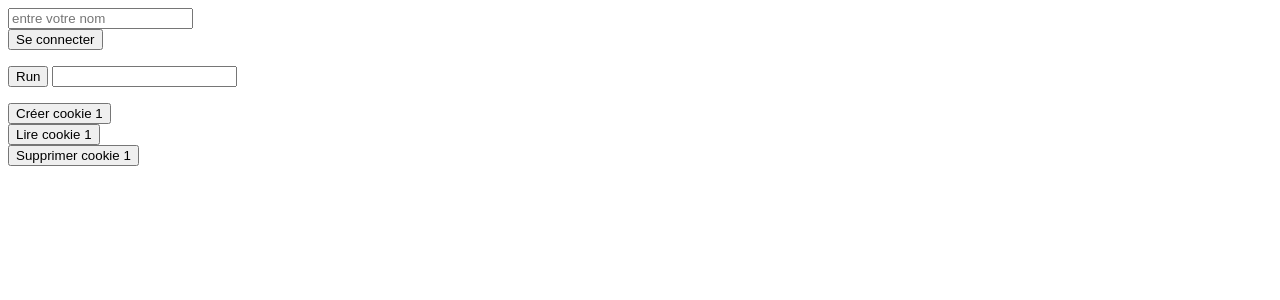
Repository: SarahG4000/workshop-cookies
Page: http://localhost/index.php
The author's editor kept a copy of each file at every save. The page is drawn from the files as they stood at one save, then again after the next save.
The browser window is 1280 px wide. The pictures show the whole page.
The page is run by PHP 8.4 with error messages shown; the project is at /var/www/html/.

Above is the page before, as saved 2020-09-02 11:59:29.

### src/index.php
<?php
include './php/cookies.php'; ?>

<!DOCTYPE html>
<html lang="en">

<head>
    <meta charset="UTF-8">
    <meta name="viewport" content="width=device-width, initial-scale=1.0">
    <title>Workshop</title>
</head>

<body>
    <div id="app">
        <button id="run">Run</button>

        <input type="text" id="creatin"  />
        <p>
        <button id="creat">Créer cookie 1</button><br>
        <button id="read">Lire cookie 1</button><br>
        <button id="delete">Supprimer cookie 1</button>
        </p>


        <!-- <?php
//HelloWorld();
?> -->
    </div>
    <script src="./javasscript/cookies.js"></script>

</body>

</html>

### src/php/cookies.php
<?php
$nomutilisateur = null;
if (!empty($_COOKIE['name'])) {
    $nomutilisateur = $_COOKIE['name'];
}
if (!empty($_POST['nom'])) {
    setcookie('name', $_POST['nom']);
}

// setcookie('name', 'sarah', time() + 60 * 60 * 24);
// var_dump($_COOKIE);

// $hello = 'hello World';

// function HelloWorld()
// {
//     echo '<h1>Hello World</h1>';
// }
//
?>
<?php if ($nomutilisateur): ?>
    <h1>Hello <?= htmlentities($nomutilisateur) ?></h1>
    <a href="index.php?action=deconnecter">Se deconnecter</a>
<?php else: ?>
<form action="" method="post">
<div>
<input name="nom" placeholder="entre votre nom" />
</div>
<button>Se connecter</button>
</form>
<?php endif; ?>

### src/javasscript/cookies.js
const hello = 'Hello World'

document.querySelector('#run').addEventListener('click', () => {
  console.log(hello)
})

After the next save:
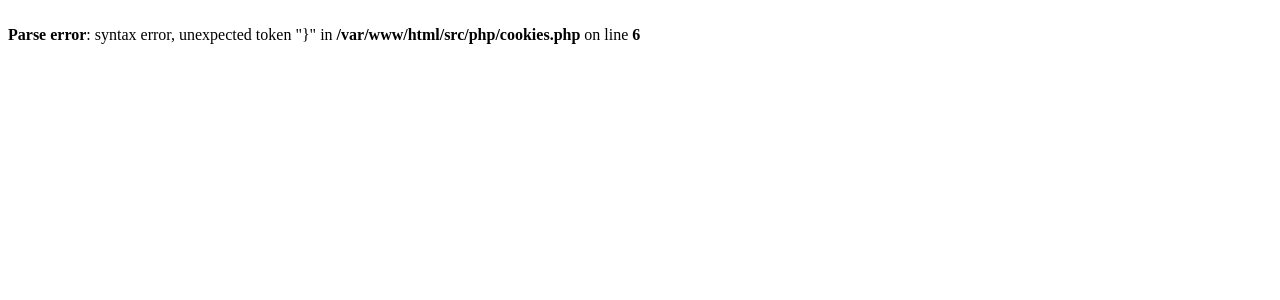
Saved 5 min 17 s later.
--- a/src/php/cookies.php
+++ b/src/php/cookies.php
@@ -1,5 +1,9 @@
 <?php
 $nomutilisateur = null;
+if(!empty($_GET['action']) && $_GET['action'] === 'deconnecter'){
+    unset($_COOKIE['nomutilisateur']);
+    setcookie('name','', time()-10)
+}
 if (!empty($_COOKIE['name'])) {
     $nomutilisateur = $_COOKIE['name'];
 }

After the 2 saves that followed:
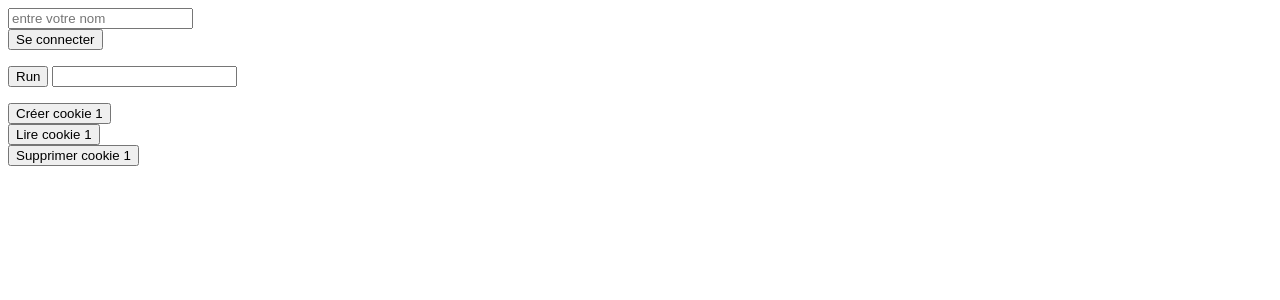
The 2 saves are shown as one change because they came seconds apart.
The last was saved 9 s later.
--- a/src/php/cookies.php
+++ b/src/php/cookies.php
@@ -1,8 +1,8 @@
 <?php
 $nomutilisateur = null;
-if(!empty($_GET['action']) && $_GET['action'] === 'deconnecter'){
+if (!empty($_GET['action']) && $_GET['action'] === 'deconnecter') {
     unset($_COOKIE['nomutilisateur']);
-    setcookie('name','', time()-10)
+    setcookie('name', '', time() - 10);
 }
 if (!empty($_COOKIE['name'])) {
     $nomutilisateur = $_COOKIE['name'];
